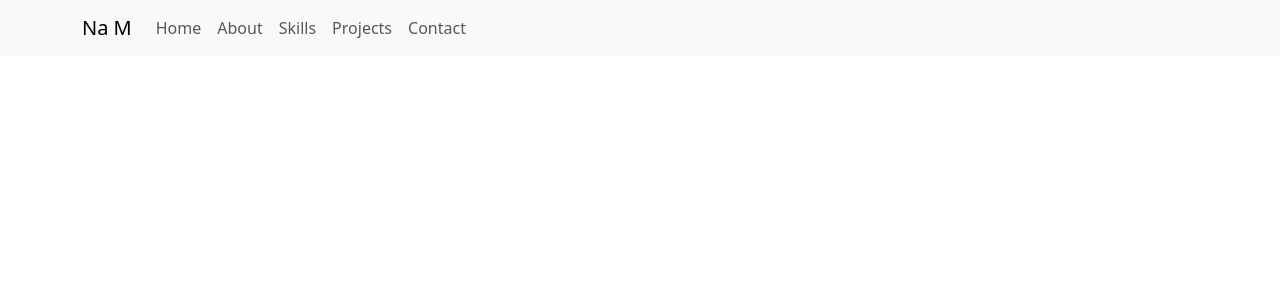
Repository: NalweMari/My-Personal-Portfolio
Page: index.html
These files come from the project's save history. The page is drawn as it stood at one moment and after a run of saves; the edit follows.
The browser window is 1280 px wide. The pictures show the whole page.

Above is the page before, as saved 2025-11-27 12:35:23.
Console error (its wording comes from the project's code and is left out).

### index.html
<!DOCTYPE html>
<html lang="en">

<head>
    <meta charset="UTF-8">
    <meta name="viewport" content="width=device-width, initial-scale=1.0">
    <title>My Portfolio</title>
    <link rel="stylesheet" href="style.css">
    <!-- Bootstrap CSS -->
    <link href="https://cdn.jsdelivr.net/npm/bootstrap@5.3.0/dist/css/bootstrap.min.css" rel="stylesheet">
    <!-- Font Awesome for icons -->
    <link rel="stylesheet" href="https://cdnjs.cloudflare.com/ajax/libs/font-awesome/6.4.0/css/all.min.css">

</head>

<body>
    <!-- Navigation -->

    <nav class="navbar navbar-expand-lg navbar-light bg-light pink">
        <div class="container">
            <a class="navbar-brand" href="#">Na M</a> <button class="navbar-toggler" type="button" data- 6
                toggle="collapse" data-target="#navbarNav" aria-controls="navbarNav" aria-expanded="false"
                aria-label="Toggle navigation"> <span class="navbar-toggler-icon"></span> </button>
            <div class="collapse navbar-collapse" id="navbarNav">
                <ul class="navbar-nav">
                    <a class="nav-link" href="#">Home</a>
                    </li>
                    <li class="nav-item">
                        <a class="nav-link" href="#">About</a>
                    </li>
                    <li class="nav-item">
                        <a class="nav-link" href="#">Skills</a>
                    </li>
                    <li class="nav-item">
                        <a class="nav-link" href="#">Projects</a>
                    </li>
                    <li class="nav-item">
                        <a class="nav-link" href="#">Contact</a>
                    <li class="nav-item active">
                </ul>
            </div>
        </div>
    </nav>

    <script src="https://stackpath.bootstrapcdn.com/bootstrap/4.5.2/js/bootstrap.min.js"></script>
</body>

</html>

### Style.css
.hero-section {
  background: linear-gradient(rgba(0, 0, 0, 0.7), beige),
    url("https://via.placeholder.com/1500") center/cover no-repeat;
  color: white;
  padding: 150px 0;
}
.skill-bar {
  height: 20px;
  background-color: #e9ecef;
  border-radius: 5px;
  margin-bottom: 15px;
}
.skill-progress {
  height: 100%;
  border-radius: 5px;
  background-color: #0d6efd;
}
.project-card {
  transition: transform 0.3s;
}
.project-card:hover {
  transform: translateY(-5px);
}

After the next 6 saves:
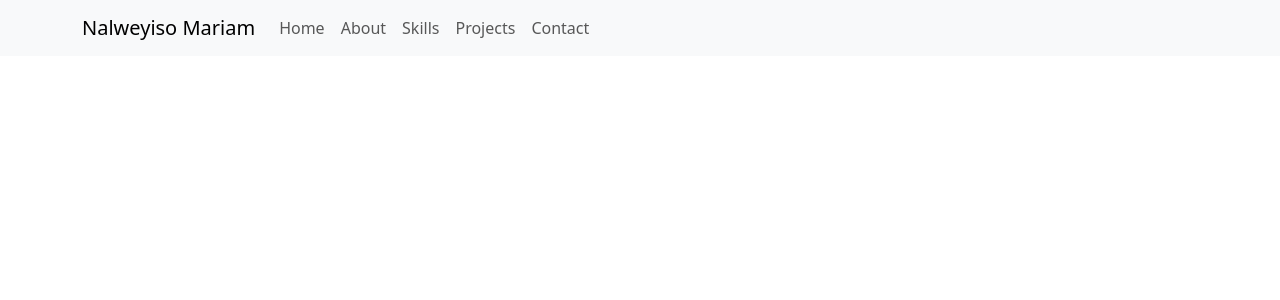
The 6 saves are shown as one change because they came seconds apart.
The last was saved 15 s later.
--- a/index.html
+++ b/index.html
@@ -18,7 +18,7 @@
 
     <nav class="navbar navbar-expand-lg navbar-light bg-light pink">
         <div class="container">
-            <a class="navbar-brand" href="#">Na M</a> <button class="navbar-toggler" type="button" data- 6
+            <a class="navbar-brand" href="#">Nalweyiso Mariam</a> <button class="navbar-toggler" type="button" data- 6
                 toggle="collapse" data-target="#navbarNav" aria-controls="navbarNav" aria-expanded="false"
                 aria-label="Toggle navigation"> <span class="navbar-toggler-icon"></span> </button>
             <div class="collapse navbar-collapse" id="navbarNav">
